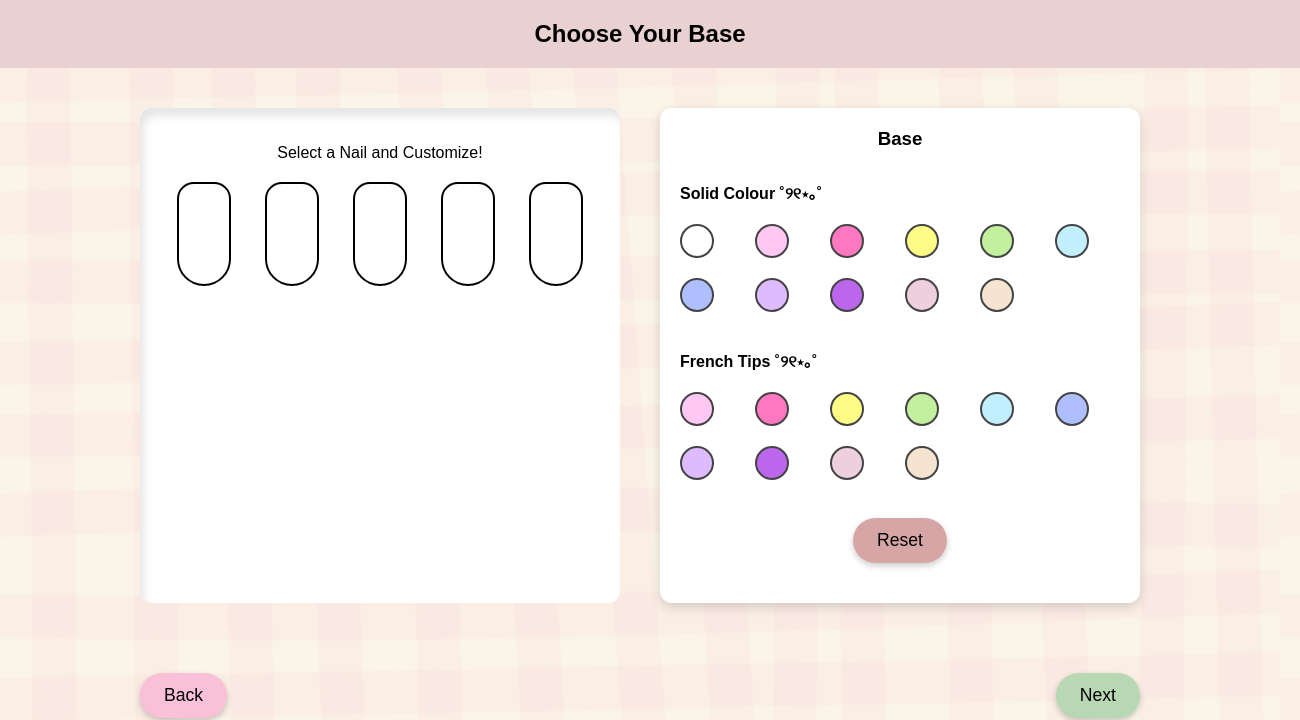
Repository: amolwalia/Fluidity-Lab
Page: base-paint.html
The author's editor kept a copy of each file at every save. The page is drawn from the files as they stood at one save, then again after the next save.
The browser window is 1280 px wide. The page is 1300 px wide, so the pictures cover 1300 px, including what lies to the right of the window. The pictures show the whole page.

Above is the page before, as saved 2025-05-11 19:16:19.

After the next save:
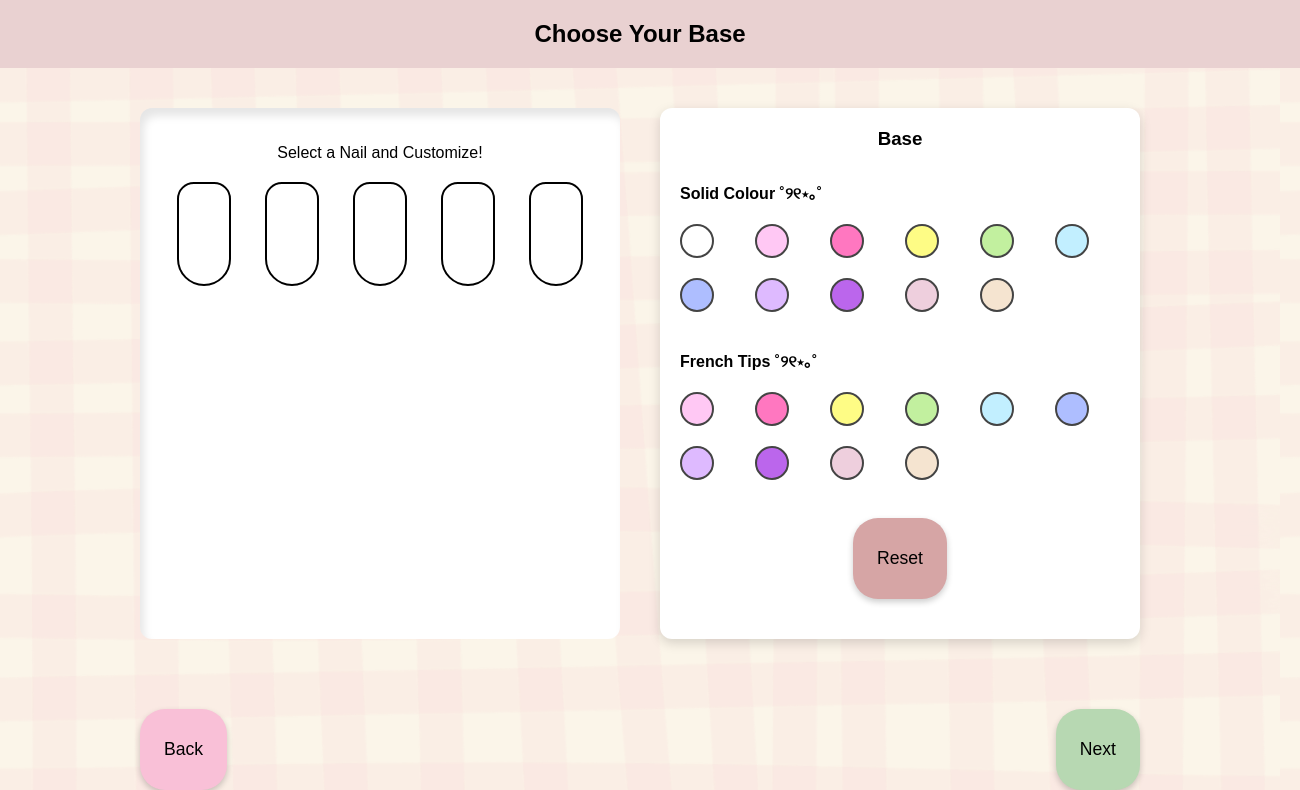
Saved 4 s later.
--- a/styles/basepaints.css
+++ b/styles/basepaints.css
@@ -119,7 +119,7 @@
   margin-top: 30px;
 }
 .btn {
-  padding: 12px 24px;
+  padding: 30px 24px;
   font-size: 1.1rem;
   background-color: #b7d8b2;
   border: none;

After the save that followed:
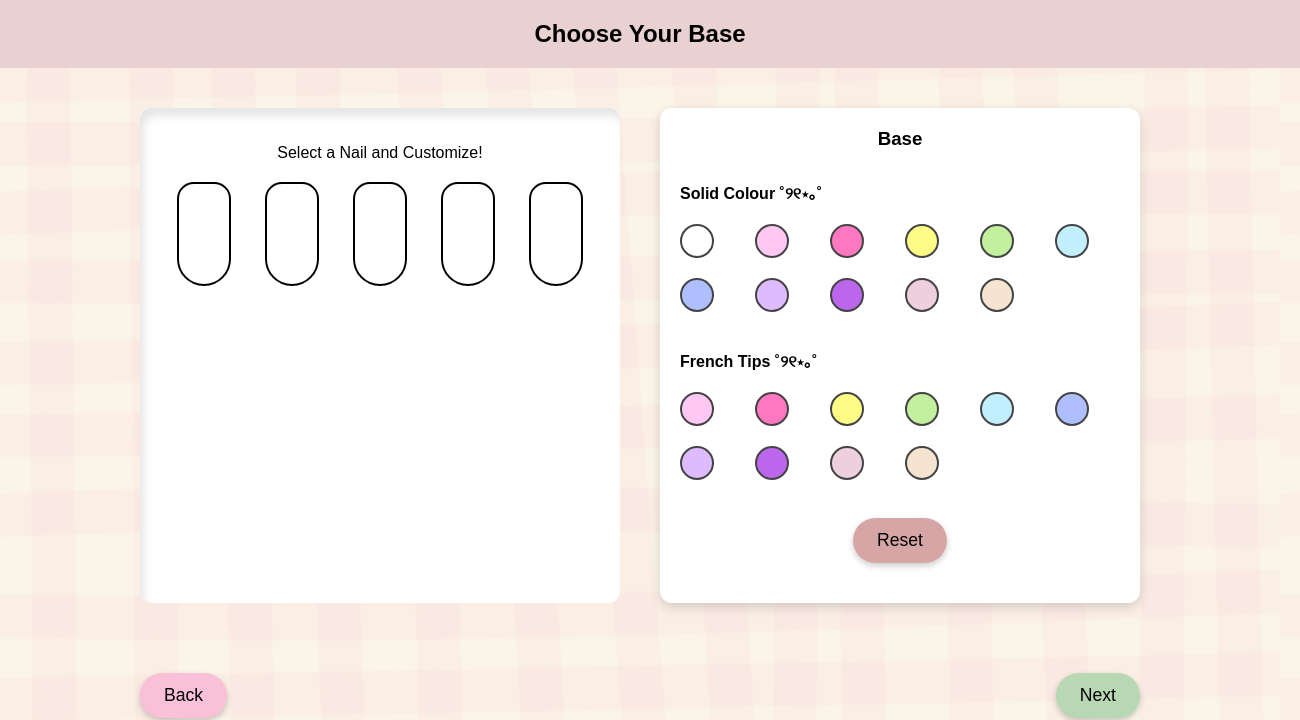
Saved 11 s later.
--- a/styles/basepaints.css
+++ b/styles/basepaints.css
@@ -119,7 +119,7 @@
   margin-top: 30px;
 }
 .btn {
-  padding: 30px 24px;
+  padding: 12px 24px;
   font-size: 1.1rem;
   background-color: #b7d8b2;
   border: none;
